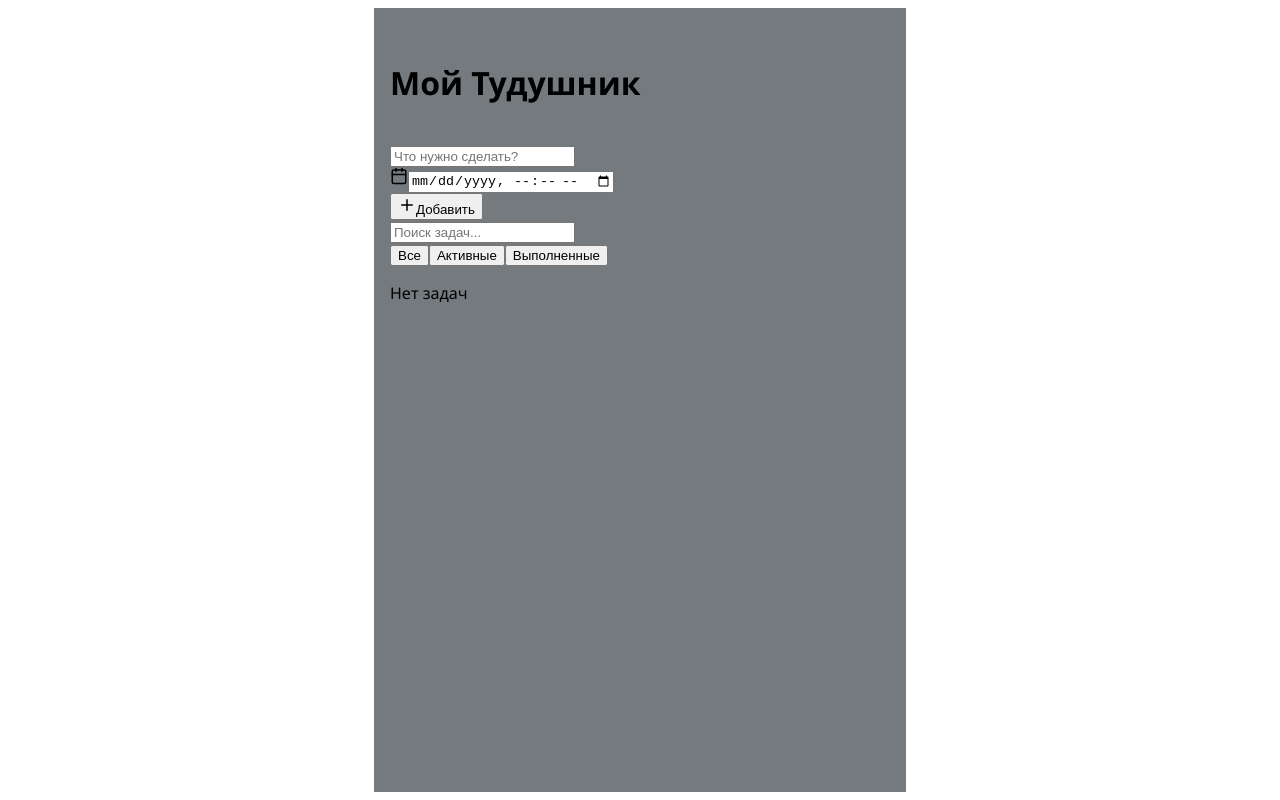
Repository: AlekCawka/-todo-project
Page: /
The author's editor kept a copy of each file at every save. The page is drawn from the files as they stood at one save, then again after the next save.
The browser window is 1280 px wide. The pictures show the whole page.
The project was rebuilt for these pictures with package versions that can differ from the ones it lists, and the page was loaded fresh each time. Also part of the build but not shown: vite.config.js, src/components/TodoItem.jsx.

Above is the page before, as saved 2025-08-04 22:34:21.

After the next save:
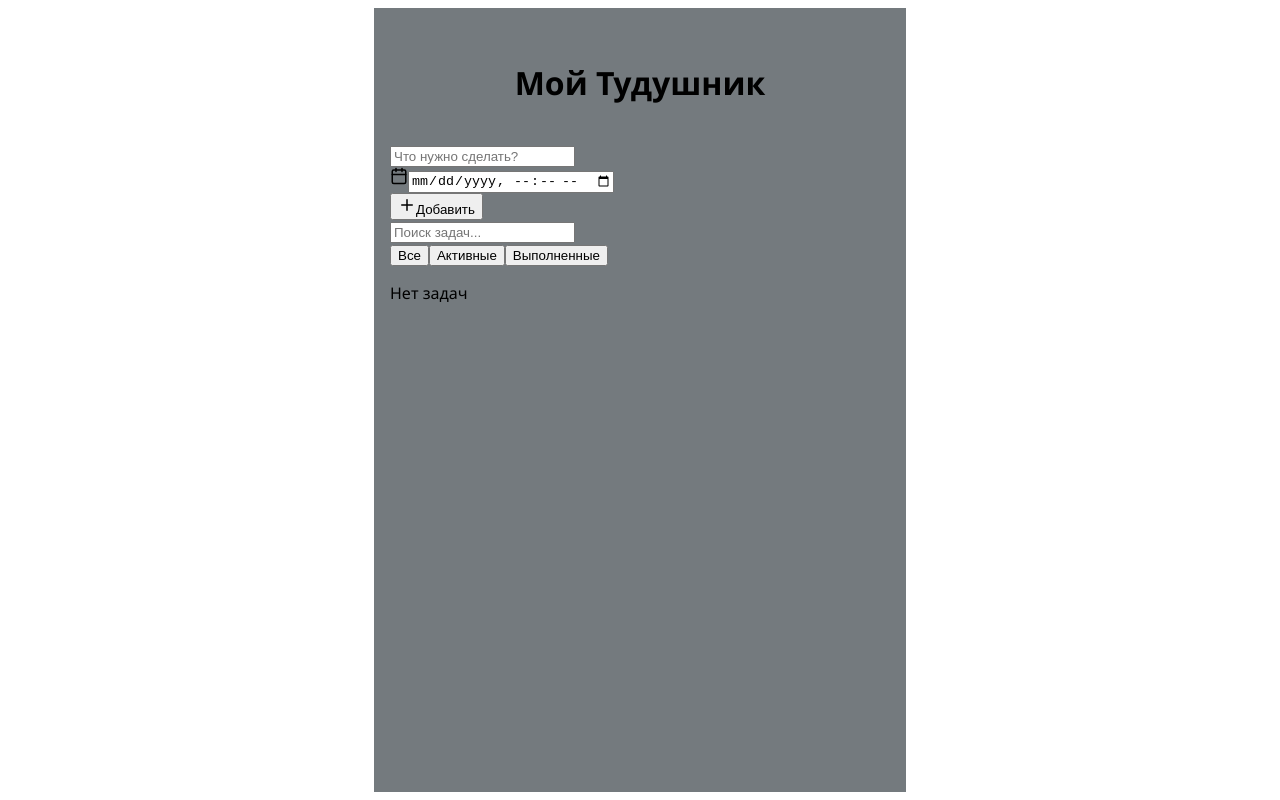
Saved 9 s later.
--- a/src/App.css
+++ b/src/App.css
@@ -11,8 +11,8 @@
     font-size: 32px;
     font-weight: 700;
     margin-bottom: 40px;
+    text-align: center;
     /*
-    margin-bottom: 1.5rem;
     text-align: center;
     color: #222; */
 }
